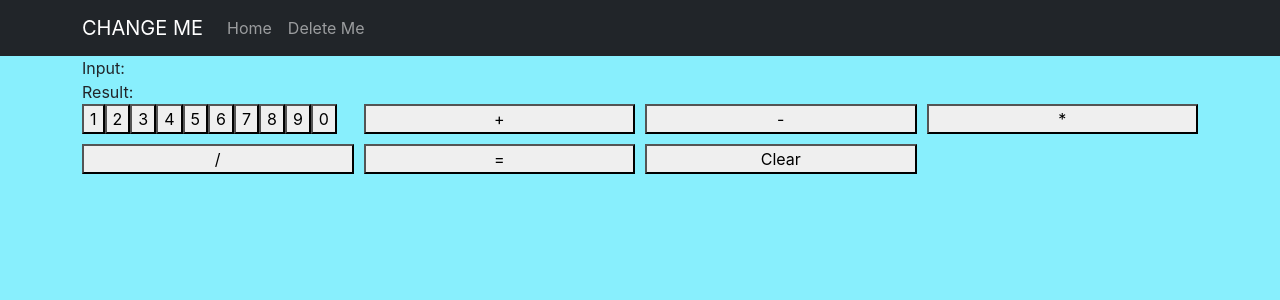
Repository: jgramirez0210/calculator-react
Page: /
An editor plug-in stored every save of this project. The page is shown before and after the next save, followed by the edit.
The browser window is 1280 px wide. The pictures show the whole page.
The project was rebuilt for these pictures with package versions that can differ from the ones it lists, and the page was loaded fresh each time. The framework's server and built-in components were replaced by stand-ins that run in the browser. Also part of the build but not shown: next.config.js.

Above is the page before, as saved 2024-01-09 20:21:48.

After the next save:
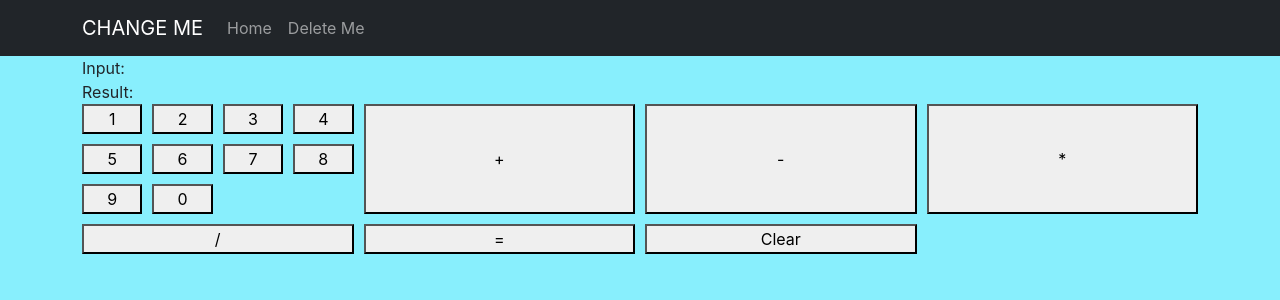
Saved 4 s later.
--- a/styles/globals.css
+++ b/styles/globals.css
@@ -26,7 +26,7 @@ body {
   grid-template-columns: repeat(4, 1fr);
   gap: 10px;
 }
-.calculator-grid {
+.calculator-numbers {
   display: grid;
   grid-template-columns: repeat(4, 1fr);
   gap: 10px;
